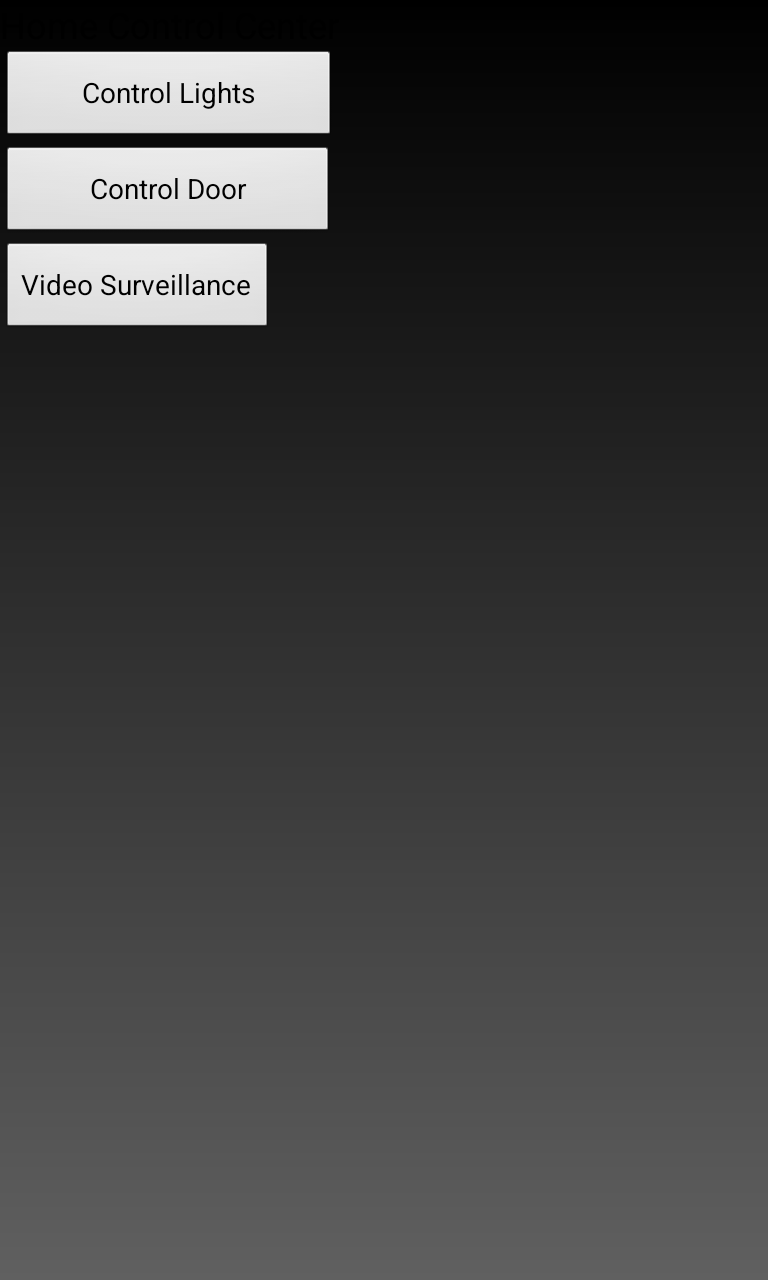
Repository: Teketel/hujeManiita
Layout: workspace/android/Besso/res/layout/center_activity.xml
An editor plug-in stored every save of this project. The layout is shown before and after the next save, followed by the edit.
It is drawn on a 768 x 1280 px phone screen (xhdpi) without system bars, with theme AppTheme; the app's code is not run.

Above is the layout before, as saved 2013-04-04 19:50:42.

After the next save:
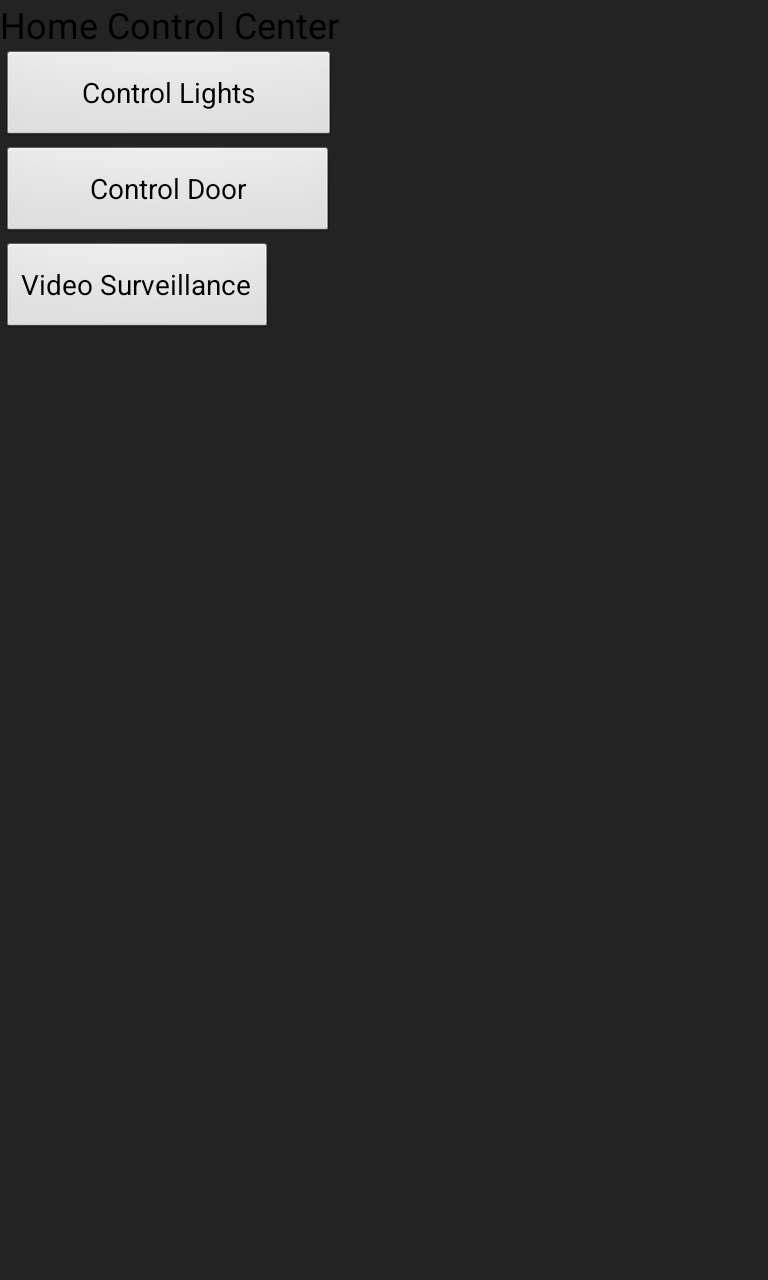
Saved 6 min 14 s later.
--- a/workspace/android/Besso/res/layout/center_activity.xml
+++ b/workspace/android/Besso/res/layout/center_activity.xml
@@ -3,7 +3,7 @@
     android:layout_width="match_parent"
     android:layout_height="match_parent"
     android:orientation="vertical"
-    android:background="@drawable/bg_main" >
+    android:background="@drawable/black_back" >
 
 
     <TextView
